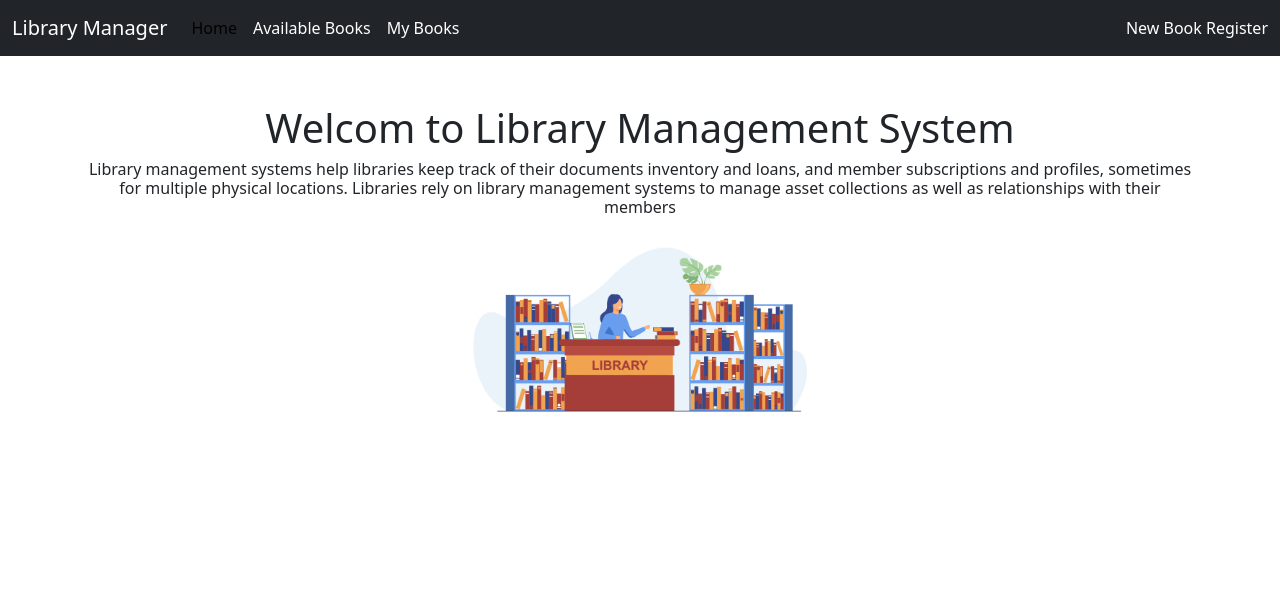
Repository: AkashCoder99/Spring-Libraray-Management
Page: http://localhost/home
These files come from the project's save history. The page is drawn as it stood at one moment and after the next save; the edit follows.
The browser window is 1280 px wide. The pictures show the whole page.
The page is this project's Thymeleaf template; nobody is signed in. The template is opened directly, without the code that normally fills it, so the values that code supplies are empty.

Above is the page before, as saved 2023-05-29 17:32:12.

### bookStore/src/main/resources/templates/home.html
<!doctype html>
<html lang="en">
  <head>
    <meta charset="utf-8">
    <meta name="viewport" content="width=device-width, initial-scale=1">
    <title>Library Management</title>
    <link href="https://cdn.jsdelivr.net/npm/bootstrap@5.3.0-alpha3/dist/css/bootstrap.min.css" rel="stylesheet" integrity="sha384-KK94CHFLLe+nY2dmCWGMq91rCGa5gtU4mk92HdvYe+M/SXH301p5ILy+dN9+nJOZ" crossorigin="anonymous">
  </head>
  <body>
	<nav class="navbar navbar-expand-lg navbar-light bg-dark">
  <div class="container-fluid">
    <a class="navbar-brand text-white" href="#">Library Manager</a>
    <button class="navbar-toggler" type="button" data-bs-toggle="collapse" data-bs-target="#navbarSupportedContent" aria-controls="navbarSupportedContent" aria-expanded="false" aria-label="Toggle navigation">
      <span class="navbar-toggler-icon"></span>
    </button>
    <div class="collapse navbar-collapse" id="navbarSupportedContent">
      <ul class="navbar-nav me-auto mb-2 mb-lg-0">
        <li class="nav-item">
          <a class="nav-link active" aria-current="page" href="#">Home</a>
        </li>
        <li class="nav-item">
          <a class="nav-link text-white" href="#">Available Books</a>
        </li>
        <li class="nav-item">
          <a class="nav-link text-white" href="#">My Books</a>
        </li>
      </ul>
      <div>
		   <a class="nav-link text-white" href="#">New Book Register</a>
	  </div>
    </div>
  </div>
</nav>

	<div class="container text-center my-5">
		<h1>Welcom to Library Management System</h1>
		<h6>Library management systems help libraries keep track of their documents inventory and loans,
			and member subscriptions and profiles, sometimes for multiple physical locations.
			 Libraries rely on library management systems to manage asset collections as well as relationships with their members</h6>
		<img src="/images/HomePageLibrary.png" width="360px">
	</div>
    <script src="https://cdn.jsdelivr.net/npm/bootstrap@5.3.0-alpha3/dist/js/bootstrap.bundle.min.js" integrity="sha384-ENjdO4Dr2bkBIFxQpeoTz1HIcje39Wm4jDKdf19U8gI4ddQ3GYNS7NTKfAdVQSZe" crossorigin="anonymous"></script>
  </body>
</html>

After the next save:
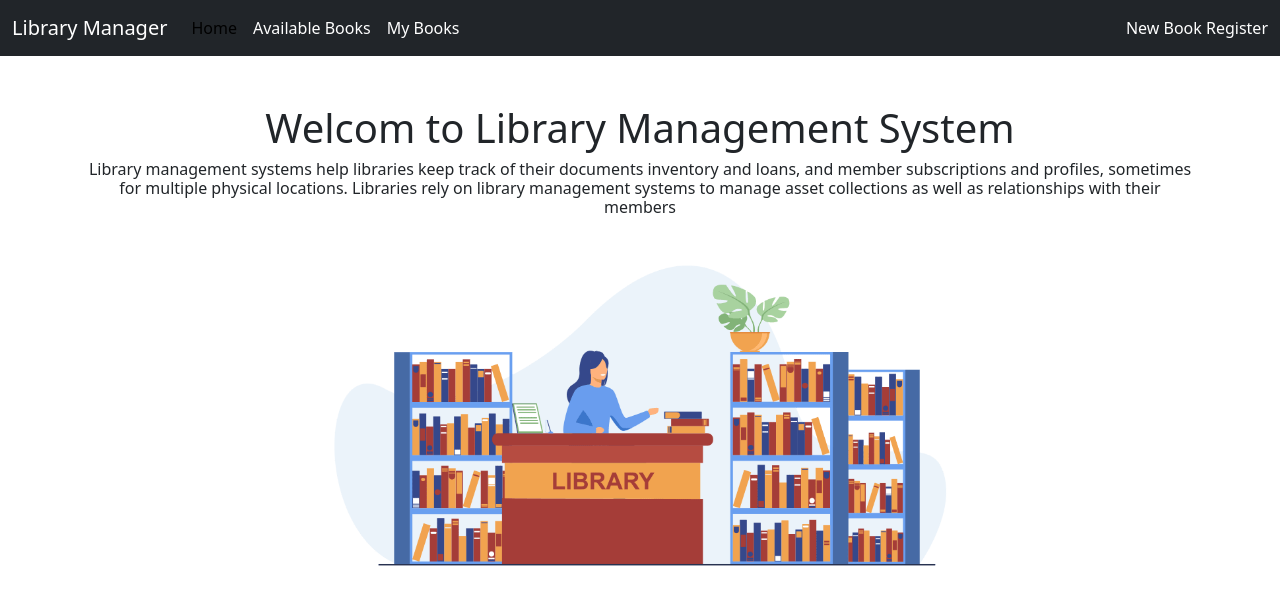
Saved 9 s later.
--- a/bookStore/src/main/resources/templates/home.html
+++ b/bookStore/src/main/resources/templates/home.html
@@ -37,7 +37,7 @@
 		<h6>Library management systems help libraries keep track of their documents inventory and loans,
 			and member subscriptions and profiles, sometimes for multiple physical locations.
 			 Libraries rely on library management systems to manage asset collections as well as relationships with their members</h6>
-		<img src="/images/HomePageLibrary.png" width="360px">
+		<img src="/images/HomePageLibrary.png" width="660px">
 	</div>
     <script src="https://cdn.jsdelivr.net/npm/bootstrap@5.3.0-alpha3/dist/js/bootstrap.bundle.min.js" integrity="sha384-ENjdO4Dr2bkBIFxQpeoTz1HIcje39Wm4jDKdf19U8gI4ddQ3GYNS7NTKfAdVQSZe" crossorigin="anonymous"></script>
   </body>
